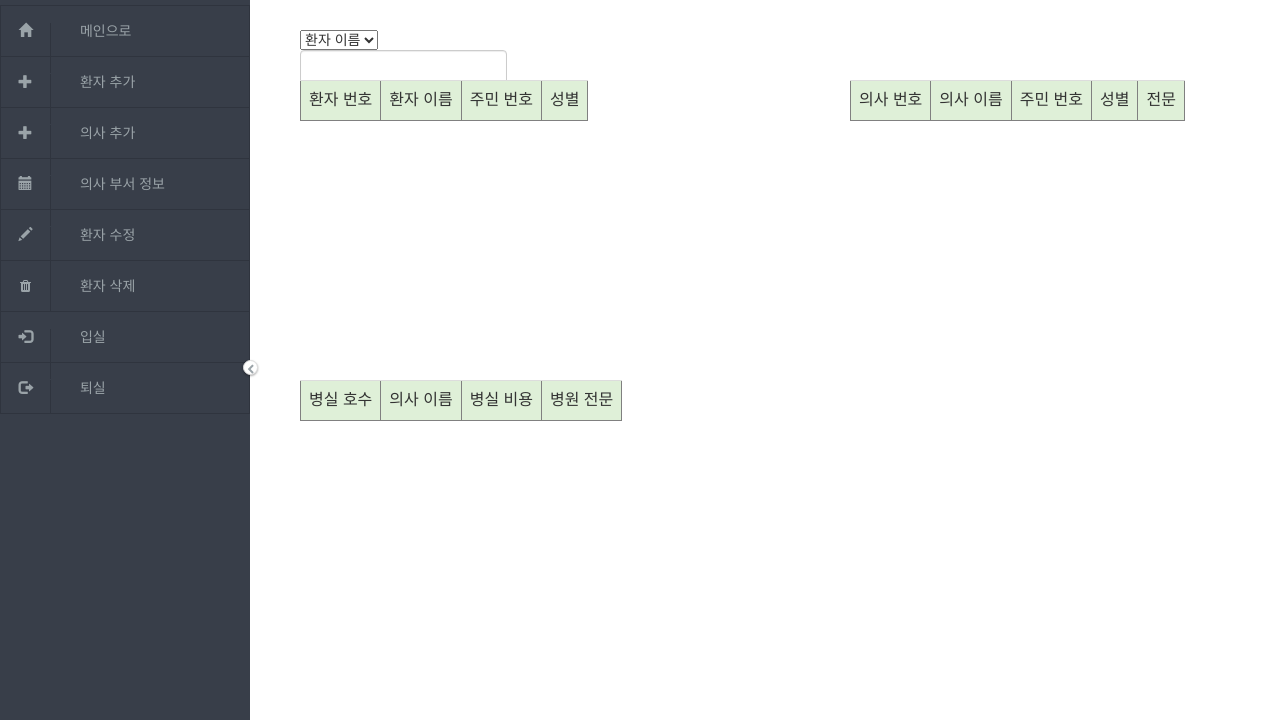
Repository: qaws1134/Hospital_manager
Page: http://localhost/project/main.jsp
The author's editor kept a copy of each file at every save. The page is drawn from the files as they stood at one save, then again after the next save.
The browser window is 1280 px wide. The pictures show the whole page.
Some web libraries are served in a nearby version. The page is served by Tomcat 9. Other server files are loaded and not shown. The template is opened directly, without the code that normally fills it, so the values that code supplies are empty.

Above is the page before, as saved 2017-12-09 16:42:52.
Console error (its wording comes from the project's code and is left out).

### project/WebContent/main.jsp
<%@ page language="java" contentType="text/html; charset=UTF-8"
    pageEncoding="UTF-8"%>
<%@ taglib uri="http://java.sun.com/jsp/jstl/core" prefix="c" %>

<html lang="kr">
	<head>

	<meta http-equiv="Content-Type" content="text/html" charset="UTF-8">
	<title>http://www.blueb.co.kr</title>
<link rel="stylesheet" href="http://netdna.bootstrapcdn.com/font-awesome/4.3.0/css/font-awesome.min.css">
<!-- 합쳐지고 최소화된 최신 CSS -->
<link rel="stylesheet" href="https://maxcdn.bootstrapcdn.com/bootstrap/3.3.2/css/bootstrap.min.css">
<!-- 부가적인 테마 -->
<link rel="stylesheet" href="https://maxcdn.bootstrapcdn.com/bootstrap/3.3.2/css/bootstrap-theme.min.css">

<!-- 합쳐지고 최소화된 최신 자바스크립트 -->
<script src="https://maxcdn.bootstrapcdn.com/bootstrap/3.3.2/js/bootstrap.min.js"></script>

<style type="text/css">
input[type="checkbox"]#menu_state {
  display: none;
}
input[type="checkbox"]:checked ~ nav {
  width: 250px;
}
input[type="checkbox"]:checked ~ nav label[for="menu_state"] i::before {
  content: "\f053";
}
input[type="checkbox"]:checked ~ nav ul {
  width: 100%;
}
input[type="checkbox"]:checked ~ nav ul li a i {
  border-right: 1px solid #2f343e;
}
input[type="checkbox"]:checked ~ nav ul li a span {
  opacity: 1;
  transition: opacity 0.25s ease-in-out;
}
input[type="checkbox"]:checked ~ main {
  left: 250px;
}
nav {
  position: fixed;
  z-index: 9;
  top: 0;
  left: 0;
  bottom: 0;
  background: #383e49;
  color: #9aa3a8;
  width: 50px;
  font-family: 'Montserrat', sans-serif;
  font-weight: lighter;
  transition: all 0.15s ease-in-out;
}
nav label[for="menu_state"] i {
  cursor: pointer;
  position: absolute;
  top: 50%;
  right: -8px;
  box-shadow: 0 1px 3px rgba(0,0,0,0.12), 0 1px 2px rgba(0,0,0,0.24);
  background: #fff;
  font-size: 10px;
  display: flex;
  justify-content: center;
  align-items: center;
  height: 15px;
  width: 15px;
  border-radius: 50%;
  border: 1px solid #ddd;
  transition: width 0.15s ease-in-out;
  z-index: 1;
}
nav label[for="menu_state"] i::before {
  margin-top: 2px;
  content: "\f054";
}
nav label[for="menu_state"] i:hover {
  box-shadow: 0 10px 20px rgba(0,0,0,0.19), 0 6px 6px rgba(0,0,0,0.23);
}
nav ul {
  overflow: hidden;
  display: block;
  width: 50px;
  list-style-type: none;
  padding: 0;
  margin: 0;
}
nav ul li {
  border: 1px solid #2f343e;
  position: relative;
}
nav ul li.unread:after {
  content: attr(data-content);
  position: absolute;
  top: 10px;
  left: 25px;
  display: flex;
  justify-content: center;
  align-items: center;
  width: 15px;
  height: 15px;
  border-radius: 50%;
  color: #fff;
  background: #ef5952;
  font-size: 8px;
}
nav ul li:not(:last-child) {
  border-bottom: none;
}
nav ul li.active a {
  background: #4c515d;
  color: #fff;
}
nav ul li a {
  position: relative;
  display: block;
  white-space: nowrap;
  text-decoration: none;
  color: #9aa3a8;
  height: 50px;
  width: 100%;
  transition: all 0.15s ease-in-out;
}
nav ul li a:hover {
  background: #4c515d;
  color: #fff;
}
nav ul li a * {
  height: 100%;
  display: inline-block;
}
nav ul li a i {
  text-align: center;
  width: 50px;
  z-index: 999999;
}
nav ul li a i.fa {
  line-height: 50px;
}
nav ul li a span {
  padding-left: 25px;
  opacity: 0;
  line-height: 50px;
  transition: opacity 0.1s ease-in-out;


}

</style>
</head>

<body>
<input type="checkbox" id="menu_state" checked>
<nav>
	<label for="menu_state"><i class="fa"></i></label>
	<ul>
    <li>
      <a href="main.do">
        <i class="glyphicon glyphicon-home"></i>
        <span>메인으로</span>   <!--환자 대기 목록,병실 목록 및 현황-->
      </a>
    </li>
		<li>
			<a href="P_addui.do">
				<i class="glyphicon glyphicon-plus"></i>
				<span>환자 추가</span>
			</a>
		</li>
		<li>
			<a href="D_addui.do">
				<i class="glyphicon glyphicon-plus"></i>
				<span>의사 추가</span>
			</a>
		</li>

		<li>
			<a href="D_clsif.do">
				<i class="glyphicon glyphicon-calendar"></i>
				<span>의사 부서 정보</span>
			</a>
		</li>

		<li>
			<a href="cristal.do">
				<i class="glyphicon glyphicon-pencil"></i>
				<span>환자 수정</span>
			</a>
		</li>
		<li>
			<a href="delsel.do">
				<i class="fa fa-trash"></i>
				<span>환자 삭제</span>
			</a>
		</li>
      <li>
      <a href="insel.do">
        <i class="glyphicon glyphicon-log-in"></i>
        <span>입실</span>
      </a>
    </li>
        <li>
      <a href="javascript:void(0)">
        <i class="glyphicon glyphicon-log-out"></i>
        <span>퇴실</span>
      </a>
    </li>
	</ul>
</nav>
<section style="position:absolute; top:30px;left:300px">
<form action="search.do">
	<select name ="searchName"size ="1">
		<option value="p_name">환자 이름</option>
		<option value="d_name">의사 이름</option>
		<option value="d_cls">병원 종류</option>
	</select>
	<input type="text" name="searchValue"  class="form-control">
	<input type="submit"  value="찾기">
</form>
</section>

<!-- 환자 정보	 -->
<section style="position:absolute; top:80px;left:300px">
      <table border="1" class="table table-striped">
      	<tr  class="success">
      		<td>환자 번호</td>
      		<td>환자 이름</td>
      		<td>주민 번호</td>
      		<td>성별</td>
      	</tr>

      	<c:forEach items="${P_list}" var="dto">
	      	<tr>
	      		<td>${dto.p_NUM}</td>
	      		<td>${dto.p_NAME}</td>
	      		<td>${dto.p_PERNUM}</td>
	      		<td>${dto.p_GENDER }</td>
	      	</tr>
		</c:forEach>
      </table>
</section>
<!-- 의사 정보 -->
<section style="position:absolute; top:80px;left:850px">
     <table border="1" class="table table-striped">
      	<tr  class="success">
      		<td>의사 번호</td>
      		<td>의사 이름</td>
      		<td>주민 번호</td>
      		<td>성별</td>
      		<td>전문</td>
      	</tr>


      	<c:forEach items="${D_list}" var="dto">
	      	<tr>
	      		<td>${dto.d_NUM}</td>
	      		<td>${dto.d_NAME}</td>
	      		<td>${dto.d_PERNUM}</td>
	      		<td>${dto.d_GENDER }</td>
	      		<td>${dto.d_CLS}</td>
	      	</tr>
		</c:forEach>
      </table>
</section>

<!-- 병실 정보 -->
<section style="position:absolute; top:380px;left:300px">
      <table border="1" class="table table-striped">
      	<tr  class="success">
      		<td>병실 호수</td>
      		<td>의사 이름</td>
      		<td>병실 비용</td>
  			<td>병원 전문</td>


      	</tr>

      	<c:forEach items="${D_inshow}" var="dto">
	      	<tr>
	      		<td>${dto.h_NUM}호</td>
	      		<td>${dto.d_NAME}</td>
	      		<td>${dto.h_COST}</td>
	      		<td>${dto.d_CLS}</td>
	      	</tr>
		</c:forEach>
      </table>
</section>

<!--
<section style="position:absolute; top:400px;left:300px">
     <table border="1">
		<tr>
      	<c:forEach items="${D_list}" var="dto">
	      		<td>${dto.d_NUM}</td>
	      		<td>${dto.d_NAME}</td>
	      		<td>${dto.d_PERNUM}</td>
	      		<td>${dto.d_GENDER }</td>
	      		<td>${dto.d_CLS}</td>
		</c:forEach>
		</tr>
		<tr>
      	<c:forEach items="${D_list}" var="dto">
	      		<td>${dto.d_NUM}</td>
	      		<td>${dto.d_NAME}</td>
	      		<td>${dto.d_PERNUM}</td>
	      		<td>${dto.d_GENDER }</td>
	      		<td>${dto.d_CLS}</td>
		</c:forEach>
		</tr>
		<tr>
      	<c:forEach items="${D_list}" var="dto">
	      		<td>${dto.d_NUM}</td>
	      		<td>${dto.d_NAME}</td>
	      		<td>${dto.d_PERNUM}</td>
	      		<td>${dto.d_GENDER }</td>
	      		<td>${dto.d_CLS}</td>
		</c:forEach>
		</tr>
      </table>
</section>
-->



</body>
</html>

After the next save:
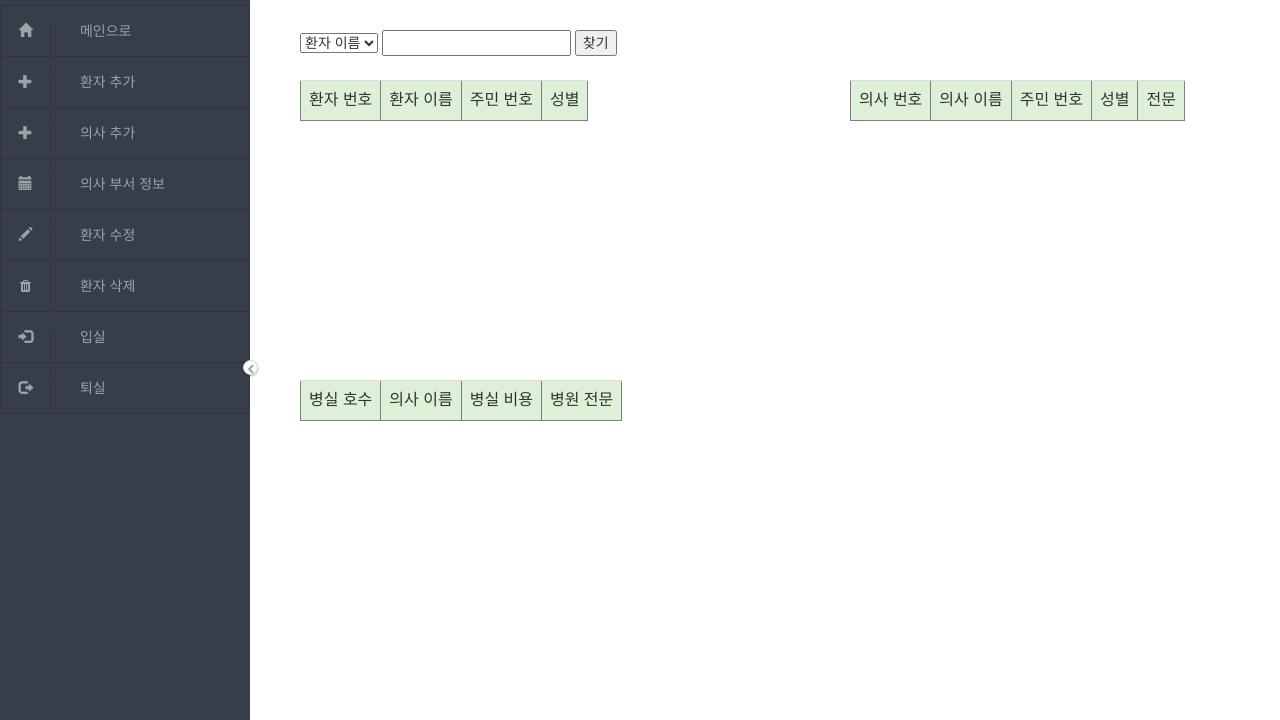
Saved 10 s later.
--- a/project/WebContent/main.jsp
+++ b/project/WebContent/main.jsp
@@ -213,7 +213,7 @@ nav ul li a span {
 		<option value="d_name">의사 이름</option>
 		<option value="d_cls">병원 종류</option>
 	</select>
-	<input type="text" name="searchValue"  class="form-control">
+	<input type="text" name="searchValue"  >
 	<input type="submit"  value="찾기">
 </form>
 </section>
